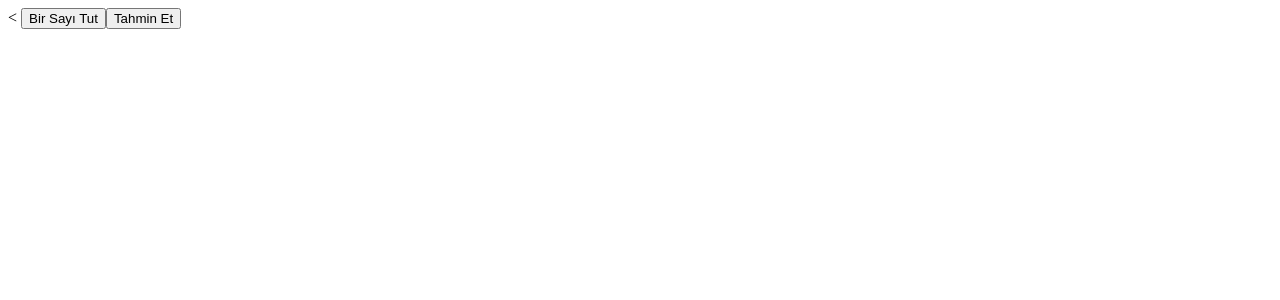
Repository: emrebolukbas/.js-Training-Tobeto
Page: 4-oyunBirSayiTut/public/oyunBirSayiTut.html
The author's editor kept a copy of each file at every save. The page is drawn from the files as they stood at one save, then again after the next save.
The browser window is 1280 px wide. The pictures show the whole page.

Above is the page before, as saved 2023-10-08 20:37:25.
Console error: ReferenceError: sayfaYukle is not defined

### 4-oyunBirSayiTut/public/oyunBirSayiTut.html
<!DOCTYPE html>
<html>
<head>
	<meta charset="UTF-8">
	<title> 4-Oyun Bir Sayı Tut 1.0 </title>
	<link rel="stylesheet" href="oyunBirSayiTut.css">
	<script type="text/javascript" src="oyunBirSayiTut.js"></script>
</head>
<body onload="sayfaYukle()">
	<table class="table-1">
		<tr>
			<td>

			</td>
			<td>

			</td>
			<
				<button> Bir Sayı Tut </button>
			</td>
		</tr>
		<tr>
			<td colspan="1">

			</td>
		</tr>
		<button> Tahmin Et </button>
	</table>
	<br/>
	<br/>
	<p></p>
</body>
</html>

### 4-oyunBirSayiTut/public/oyunBirSayiTut.css
@charset "UTF-8";

table {
	border: solid 2px dashed #4455ee;
}

Loaded but not shown: 4-oyunBirSayiTut/public/oyunBirSayiTut.js (common file)

After the next save:
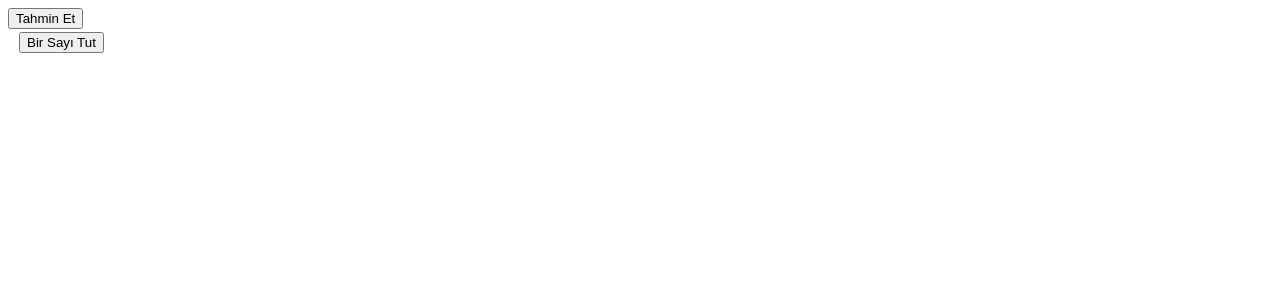
Saved 29 s later.
--- a/4-oyunBirSayiTut/public/oyunBirSayiTut.html
+++ b/4-oyunBirSayiTut/public/oyunBirSayiTut.html
@@ -15,7 +15,7 @@
 			<td>
 
 			</td>
-			<
+			<td>
 				<button> Bir Sayı Tut </button>
 			</td>
 		</tr>
